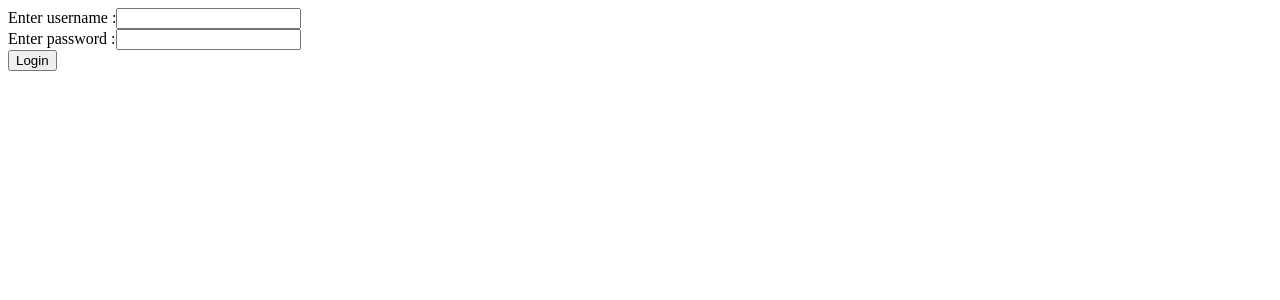
Repository: arpanaK123/Login_Page
Page: REGISTRATION/WebContent/index.html
These files come from the project's save history. The page is drawn as it stood at one moment and after the next save; the edit follows.
The browser window is 1280 px wide. The pictures show the whole page.

Above is the page before, as saved 2018-07-03 06:18:02.

### REGISTRATION/WebContent/index.html
<!DOCTYPE html>
<html>
<head>
<meta charset="UTF-8">
<title>Insert title here</title>
</head>
<body>
	<form action="LoginController" method="post">
		Enter username :<input type="text" name="username"> <br>
		Enter password :<input type="password" name="password"><br>
		<input type="submit" value="Login">
	</form>


</body>
</html>

After the next save:
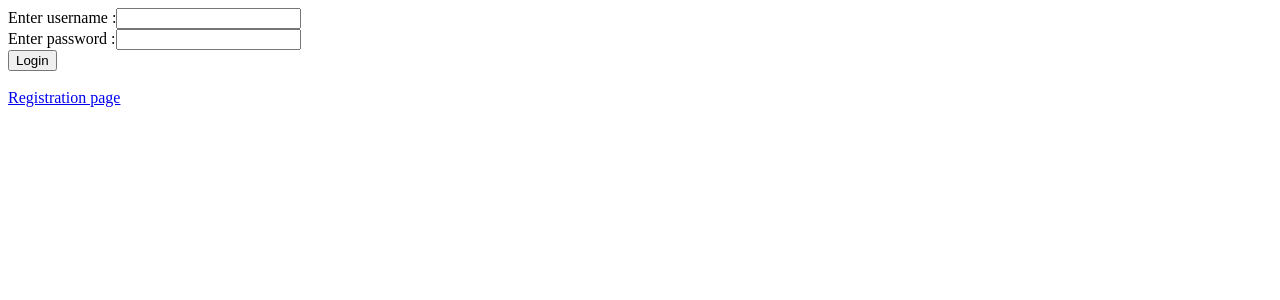
Saved 25 min 23 s later.
--- a/REGISTRATION/WebContent/index.html
+++ b/REGISTRATION/WebContent/index.html
@@ -11,6 +11,8 @@
 		<input type="submit" value="Login">
 	</form>
 
+	<br />
+	<a href="Registration">Registration page</a>
 
 </body>
 </html>
